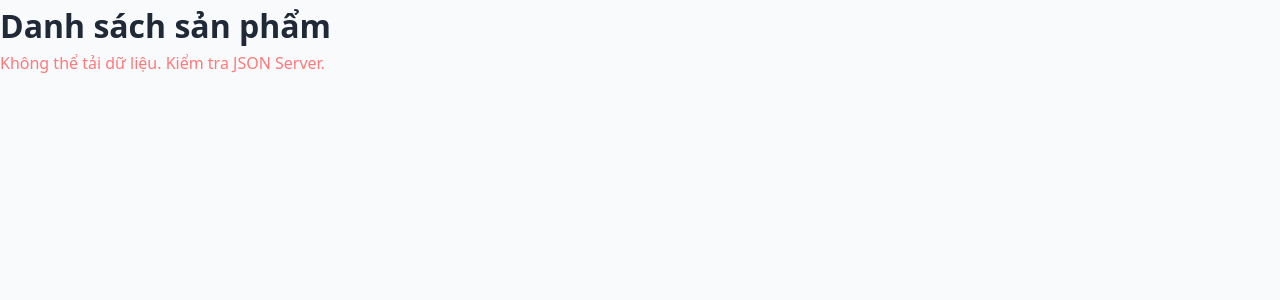
Repository: binhphanbp/WEB2064_JavaScript-Advanced_WD20305
Page: lesson/lesson6/project-cuongle/products.html
An editor plug-in stored every save of this project. The page is shown before and after the next save, followed by the edit.
The browser window is 1280 px wide. The pictures show the whole page.
The page's requests for data from a server got no answer.

Above is the page before, as saved 2025-09-29 15:04:11.

After the next save:
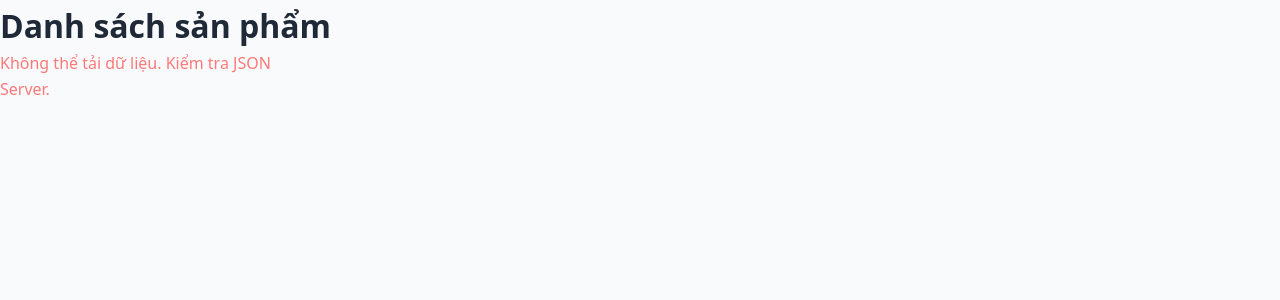
Saved 86 s later.
--- a/lesson/lesson6/project-cuongle/products.html
+++ b/lesson/lesson6/project-cuongle/products.html
@@ -8,7 +8,7 @@
   </head>
   <body>
     <h1>Danh sách sản phẩm</h1>
-    <section id="all-products" class="grid"></section>
+    <section id="all-products" class="grid grid-4"></section>
 
     <script src="main.js" type="module"></script>
   </body>
